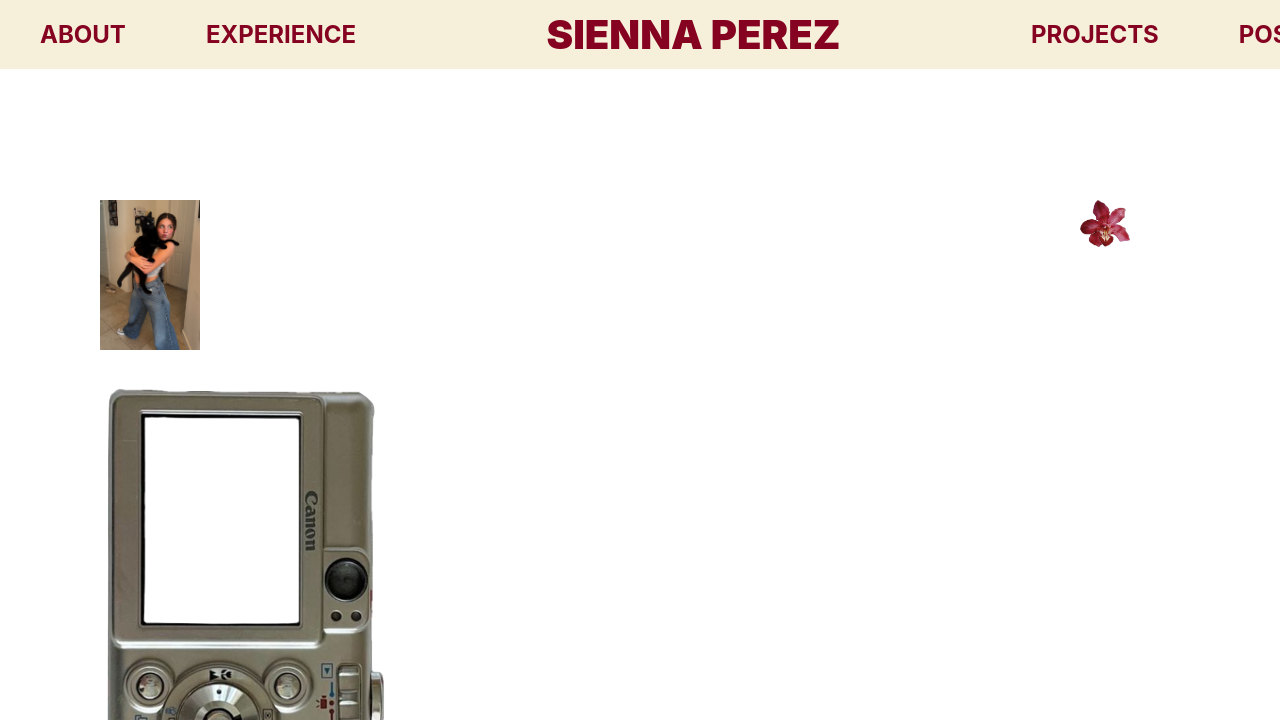
Repository: siennaperez/siennaperezweb
Page: /
These files come from the project's save history. The page is drawn as it stood at one moment and after the next save; the edit follows.
The browser window is 1280 px wide. The pictures show the whole page.
The project was rebuilt for these pictures with package versions that can differ from the ones it lists, and the page was loaded fresh each time. Also part of the build but not shown: src/pages/About.css, src/pages/About.js, src/pages/Experience.css, src/pages/Experience.js.

Above is the page before, as saved 2025-09-24 12:49:07.

After the next save:
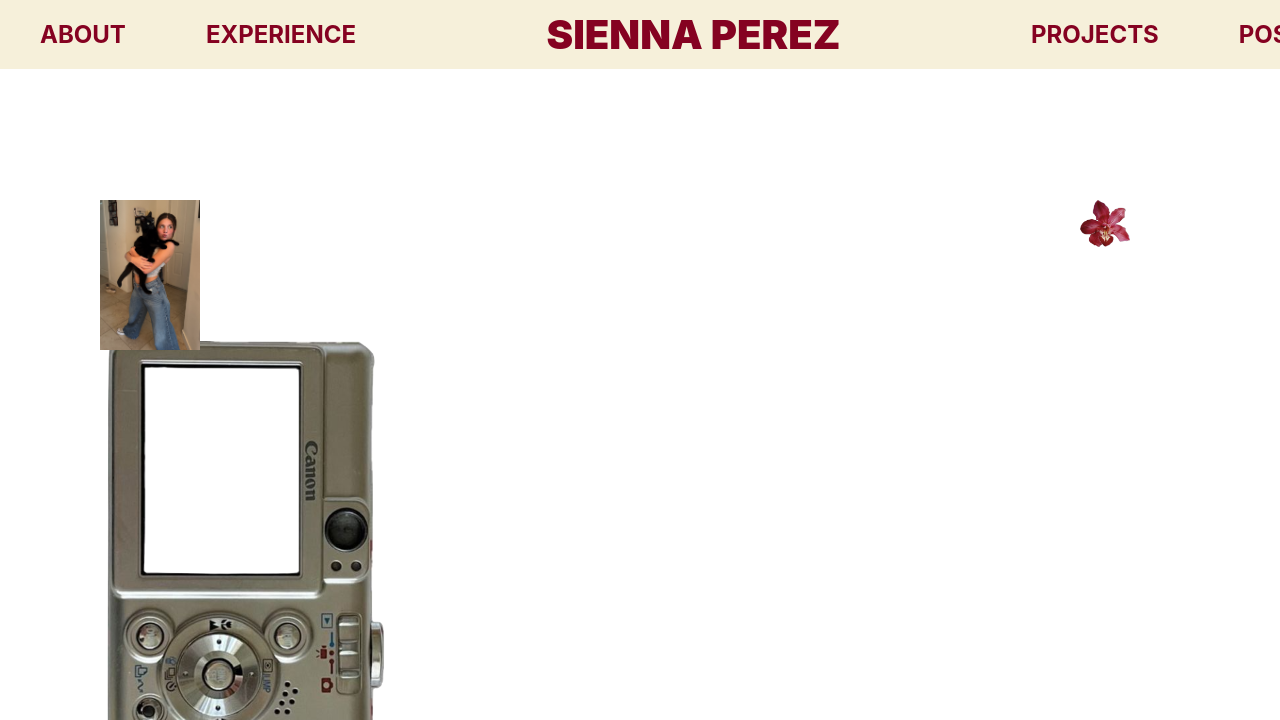
Saved 7 s later.
--- a/src/pages/Home.css
+++ b/src/pages/Home.css
@@ -27,7 +27,7 @@
 
 .cam-img {
   position: fixed;
-  top: 200px;
+  top: 150px;
   left: 1px;
   width: 450px;
   transform: rotate(90deg);
